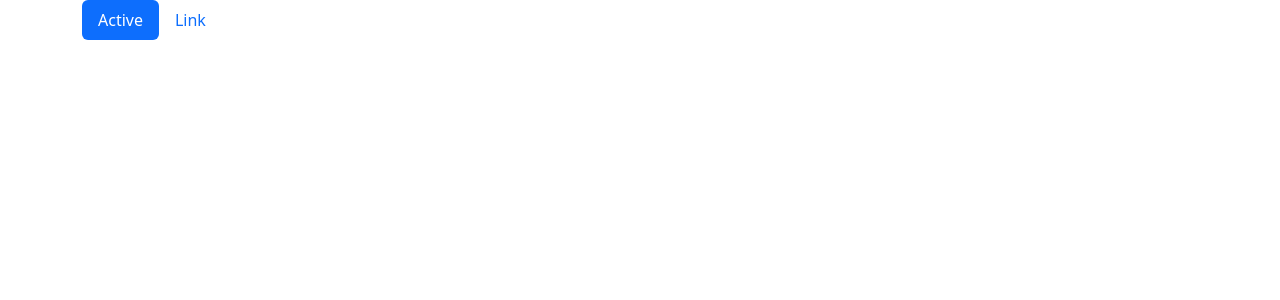
Repository: 9703146255/ADV-JAVA-PROJECTS
Page: http://localhost/03-CrudOperationProject/
An editor plug-in stored every save of this project. The page is shown before and after the next save, followed by the edit.
The browser window is 1280 px wide. The pictures show the whole page.
The page is served by Tomcat 9.

Above is the page before, as saved 2023-11-07 07:30:22.

After the next save:
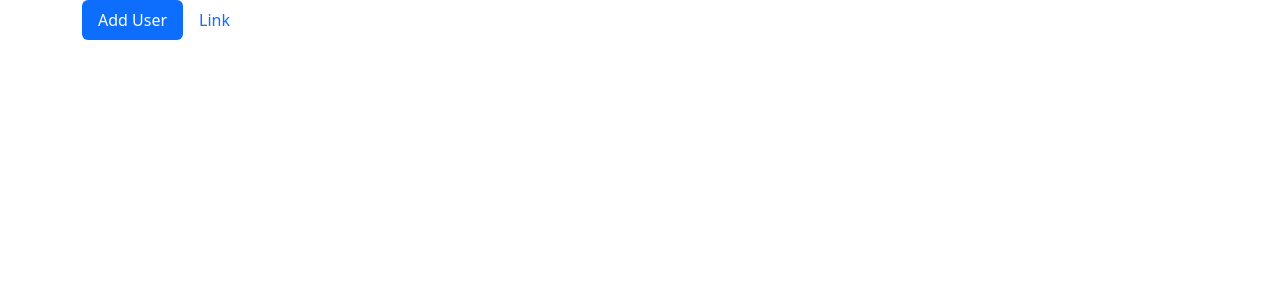
Saved 33 s later.
--- a/03-CrudOperationProject/src/main/webapp/user.jsp
+++ b/03-CrudOperationProject/src/main/webapp/user.jsp
@@ -18,7 +18,7 @@
 
   <ul class="nav nav-pills">
   <li class="nav-item">
-    <a class="nav-link active" aria-current="page" href="#">Active</a>
+    <a class="nav-link active" aria-current="page" href="#">Add User</a>
   </li>
 
   <li class="nav-item">
